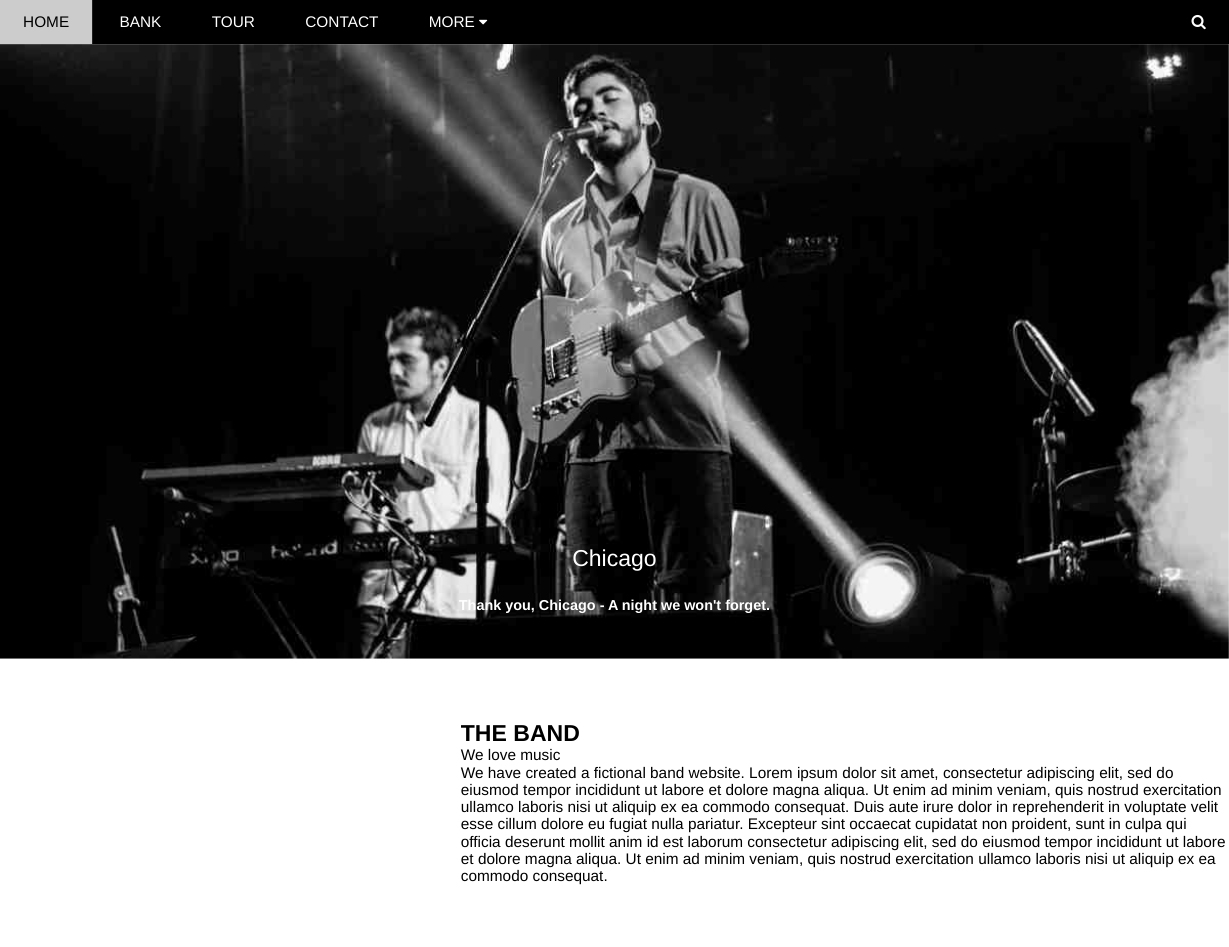
Repository: vuongtm1999/TheBand_W3School
Page: index.html
The author's editor kept a copy of each file at every save. The page is drawn from the files as they stood at one save, then again after the next save.
The browser window is 1280 px wide. The pictures show the whole page, at 96% of full size.

Above is the page before, as saved 2022-08-25 17:18:43.

After the next save:
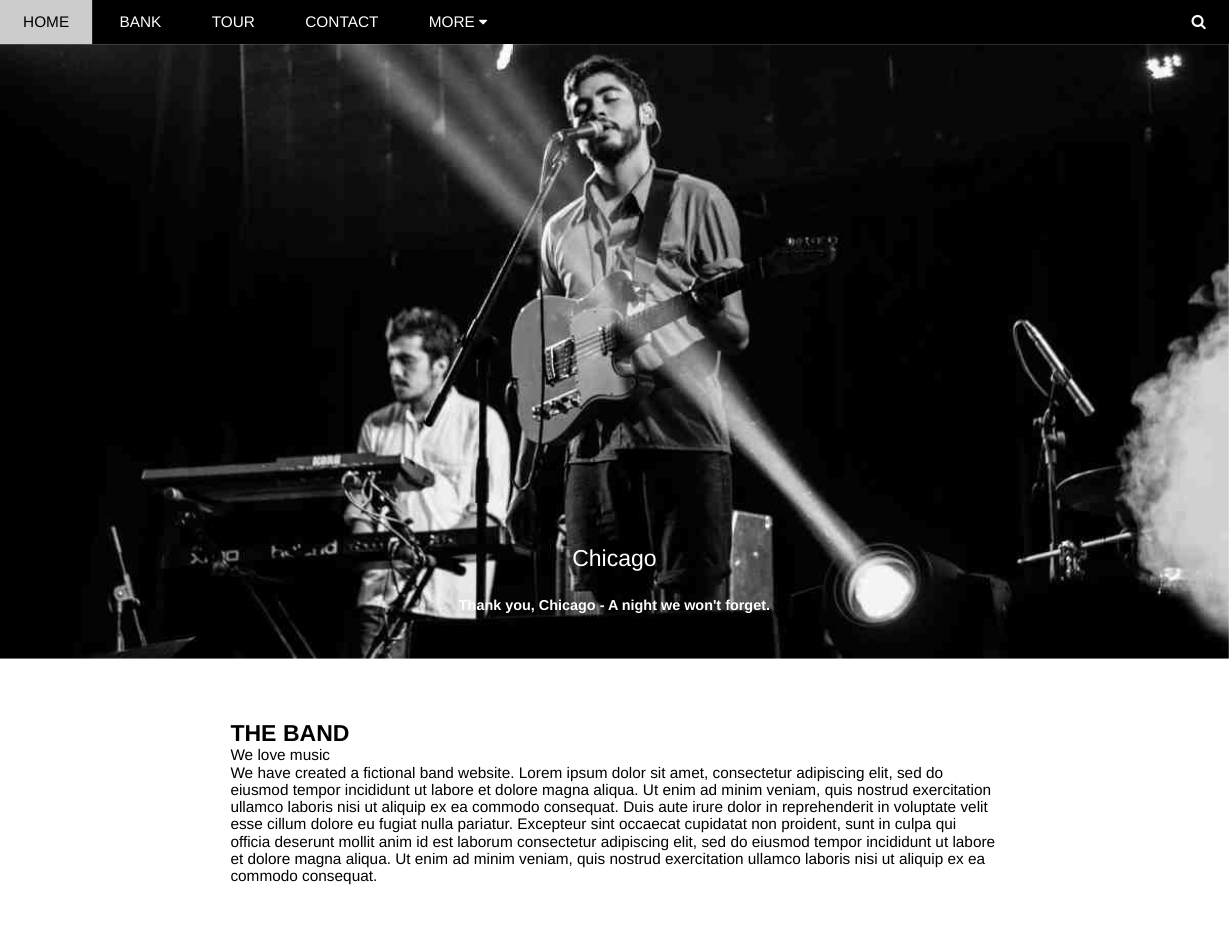
Saved 34 s later.
--- a/assets/css/style.css
+++ b/assets/css/style.css
@@ -149,7 +149,7 @@ a{
     width: 800px;
     padding: 64px 0;
     margin-left: auto;
-    margin-right: 0;
+    margin-right: auto;
 }
 
 
